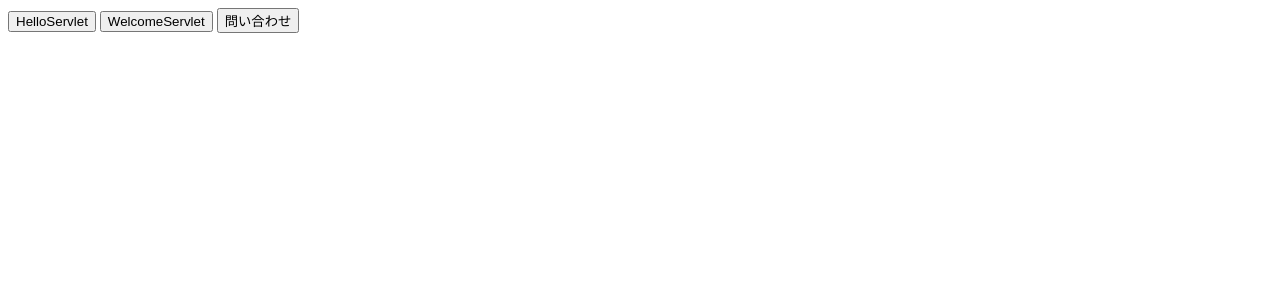
Repository: hiraide8/test
Page: http://localhost/HelloServlet/
An editor plug-in stored every save of this project. The page is shown before and after the next save, followed by the edit.
The browser window is 1280 px wide. The pictures show the whole page.
The page is served by Tomcat 9. Other server files are loaded and not shown.

Above is the page before, as saved 2018-11-02 11:13:58.

### HelloServlet/WebContent/index.jsp
<%@ page language="java" contentType="text/html; charset=UTF-8"
    pageEncoding="UTF-8"%>
<!DOCTYPE html PUBLIC "-//W3C//DTD HTML 4.01 Transitional//EN" "http://www.w3.org/TR/html4/loose.dtd">
<html>
<head>
<meta http-equiv="Content-Type" content="text/html; charset=UTF-8">
<title>HelloServlet</title>
</head>
<body>
<input type="button" value="HelloServlet" onClick="location.href='HelloServlet'">
<input type="button" value="WelcomeServlet" onClick="location.href='welcome.jsp'">
<input type="button" value="問い合わせ" onClick="location.href='inquiry.jsp'">
</body>
</html>

After the next save:
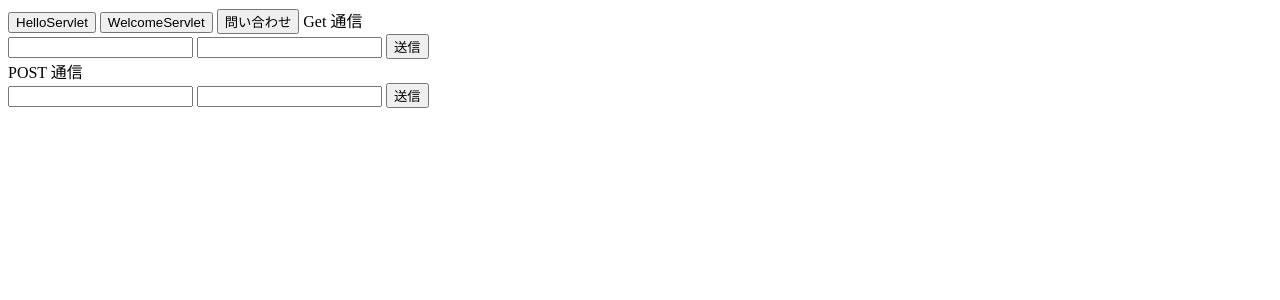
Saved 10 min 14 s later.
--- a/HelloServlet/WebContent/index.jsp
+++ b/HelloServlet/WebContent/index.jsp
@@ -10,5 +10,17 @@
 <input type="button" value="HelloServlet" onClick="location.href='HelloServlet'">
 <input type="button" value="WelcomeServlet" onClick="location.href='welcome.jsp'">
 <input type="button" value="問い合わせ" onClick="location.href='inquiry.jsp'">
+Get 通信
+<form method="get" action="TestServlet">
+   <input type="text" name="username">
+   <input type="password" name="password">
+   <input type="submit" value="送信">
+</form>
+POST 通信
+<form method="post" action="TestServlet">
+   <input type="text" name="username">
+   <input type="password" name="password">
+   <input type="submit" value="送信">
+</form>
 </body>
 </html>
